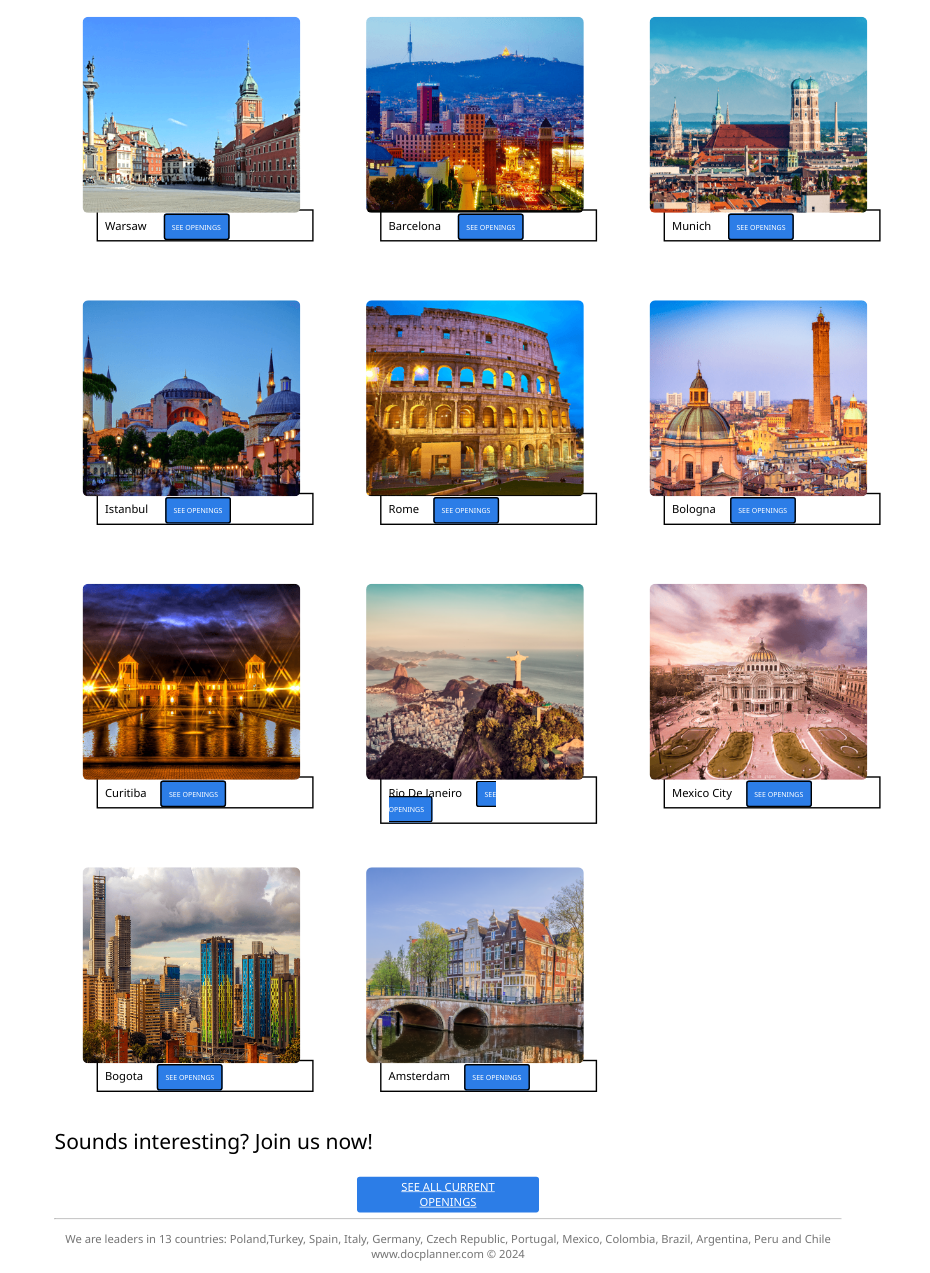
Repository: awa-creator/Checkpoint4
Page: doc.html
The author's editor kept a copy of each file at every save. The page is drawn from the files as they stood at one save, then again after the next save.
The browser window is 1280 px wide. The page is 1328 px wide, so the pictures cover 1328 px, including what lies to the right of the window. The pictures show the part of the page from y = 1790 to 3630 px (the page is 3608 px tall before and 3630 px after), at 70% of full size.

Above is the page before, as saved 2024-09-24 22:48:42.

### doc.html
<!DOCTYPE html>
<html lang="en">
<head>
    <meta charset="UTF-8">
    <meta name="viewport" content="width=device-width, initial-scale=1.0">
    <title>Document</title>
    <link rel="stylesheet" href="style1.css">

</head>

<body>
        <header class="Doc_header" >
           <img class="doc_logo" src="image/imagdocplanner/logo-default-group-en.svg" alt="logo" width="238px" height="33px">
            <ul class="nav_menu">
            <li><h4 class="H">A About us</h4></li>
        <li><h4 class="H"> Career</h4></li>
        <li><h4 class="H">Departments</h4></li>
    </ul>
</header>
    <section class="Introduction">
        <div >
            <center><img class="idps" src="image/imagdocplanner/sygnet.png" alt=""></center>
        </div>
               <h1 class="tittle_intro" >Making the healthcare experience more human</h1>
        <div class="intro_text">
        <div class="div1"><p>We want patients to find the perfect doctor and book an appointment in the most easy way. The patient journey should be enjoyable, and that's why we are always next to them: to help them find the best possible care. Anytime, anywhere.</p>
        </div>
            <div class="div2"><p> We also help doctors to better manage their practice and build their  online reputation. With our integrated end-to-end solution, doctors  are able not only to improve their online presence, but also to  devote their time to what really matters: their patients.</p>
            </div>
            </div>
        </section>
        <section class="box">
            <div class="boxp">
                <img src="image/imagdocplanner/icon-patients.svg" alt="">
                <h2 class="text">For patients</h2> <p class="boxtext">Find a doctor, book a <br> visit and solve any <br> health-related doubt</p>
             <div class="">
   <select  class="choose_c" name="selectp" id="">
    <option value="">Choose a country</option>
    <option value="">Tunisia</option>
    <option value="">Morocco</option>
    <option value="">Senegal</option>
    <option value="">England</option>
    <option value="">Sweden</option>
    <option value="">France</option>
    <option value="">Saudi Arabia</option>
    <option value="">Japan</option>
   </select>
             </div>
            </div>
            <div class="boxd">
                <img src="image/imagdocplanner/icon-doctors.svg" alt=""> <h2 class="text">For doctors</h2> <p class="boxtext">Save time managing <br>visits and cut no- <br>shows by half</p>
            <div class="selectd">
                <select class="choose_c" name="" id="">
                    <option class="choose_c" value="">Choose a country</option>
                    <option value="">Argentina</option>
                    <option value="">Brazil</option>
                    <option value="">Chili</option>
                    <option value="">Colombia</option>
                    <option value="">Czech</option>
                    <option value="">Germany</option>
                    <option value="">Italy</option>
                    <option value="">Mexico</option>
                    <option value="">Peru</option>
                    <option value="">Poland</option>
                    <option value="">Spain</option>
                    <option value="">Turkey</option>
                   </select>
            </div>
            </div>
            <div class="boxc">
                <img src="image/imagdocplanner/icon-clinics.svg" alt=""> <h2 class="text">For clinics</h2> <p class="boxtext">Deliver an exceptional <br> patient experience in <br> your clinic</p>
            <select class="choose_c"name="" id="">
                <option value="">2 to 20 specialists</option>
                    <option value="">Brazil</option>
                    <option value="">Czech</option>
                    <option value="">Germany</option>
                    <option value="">Italy</option>
                    <option value="">Mexico</option>
                    <option value="">Poland</option>
                    <option value="">Spain</option>
                    <option value="">Turkey</option>
            </select> <br><br>
            <select  class="choose_c"name="" id="">
                <option  value="" >More than 20 specialists</option>
                <option value="">Brazil</option>
                <option value="">Italy</option>
                <option value="">Mexico</option>
                <option value="">Poland</option>
                <option value="">Spain</option>
            </select>
            </div>
        </section>
        <section  on class="brand_section">
            <p class="brand_intro"> We are a global <br> company <br> with local culture </p>
            <ul class="brand_logo">
            <a href=""><img class="im" src="image/imagdocplanner/sygnet.png" alt="">Znanylekarz</a>
            <a href=""><img class="im" src="image/imagdocplanner/sygnet.png" alt="">Doctoralia</a>
            <a href=""><img class="im" src="image/imagdocplanner/sygnet.png" alt="">Miodottore</a>
            <a href=""><img class="im" src="image/imagdocplanner/sygnet.png" alt="">Doktortakvimi</a>
            <a href=""><img class="im" src="image/imagdocplanner/sygnet.png" alt="">Znamylekar</a>
            <a class="bl" href="https://www.jameda.de/"><img class="jameda" src="image/imagdocplanner/logo-jameda.svg" alt=""></a>
            <a href="https://tuotempo.com/powered-by-tuotempo"><img class="tuotempo" src="image/imagdocplanner/logo-tuotempo.svg" alt="" width="140px" height="30px"></a>
            <a href="https://gipo.it/?redirect_origin=www.gipo.it"><img class="gipo" src="image/imagdocplanner/logo-gipo-primary.svg" alt=""></a>
            <a href="href=https://clinic-cloud.com/"><img class="clinic" src="image/imagdocplanner/logo-clinicloud.svg" alt="" > </a>
            <a  href="href=https://feegowclinic.com.br/"><img class="feegowclinic"  src="image/imagdocplanner/logo-feegow.svg" alt=""></a>
            <a  href="href=https://mydr.pl/welcome/"><img class="mydr" src="image/imagdocplanner/my-dr-edm-logo.svg" alt="" ></a>
        </ul>
    </section>
        <section class="platform">
            <div class="plat">
            <h1 class="iplat"> The world's biggest <br>healthcare platform</h1>
<p class="p_plat">We work from 9 offices all over the world, bringing Docplanner Group <br>to life in 13 countries. <br></p></div>
  <img class="logsynget" src="image/imagdocplanner/logo.png" alt="" >
<center><div class="grid">
                        <div class="column1a">
                   <img class="ilog" src="image/imagdocplanner/flag.png" alt="">  <h4 class="tittlegrid">Leader in 13 <br>countries </h4> <p class="textgrid">Poland, Brazil, Mexico, Spain, Italy, Germany, Turkey, Colombia, Czech Republic, Portugal, Argentina, Peru and Chile</p>
                        </div>
                        <div class="column1b">
                            <img class="ilog"  src="image/imagdocplanner/patients.png" alt=""><h4 class="tittlegrid">90,000,000 <br>patients</h4><p class="textgrid">visit our websites each month</p>
                                </div>
                        <div class="column2a">
                            <img class="ilog"  src="image/imagdocplanner/visits.png" alt=""> <h4 class="tittlegrid">22,000,000 <br>appointments</h4><p class="textgrid">booked last month</p>
                                </div>

                <div class="column2b">
                    <img class="ilog"  src="image/imagdocplanner/doctors.png" alt=""><h4 class="tittlegrid">260,000 <br>active doctors</h4> <p class="textgrid">trust our solutions</p>
                        </div>   </center>
                    </div>
                </section>
        <section class="contries">
            <center><h1 class="h1_contrie">Improve the lives of millions. <br>Change yours forever.</h1></center>
            <center><p class="p_contrie"> More than 2800 team mates share our same vision,<br> goals and passion.With offices in Warsaw, Barcelona, Munich, Istanbul, Rome, Rio, Bologna,<br> Mexico City and Curitiba, our search for great talent never stops. </p></center>
        </section>
       <section>
            <ul class="picture" >
     <li class="country1">
        <img class="coun" src="image/imagdocplanner/warsaw.png" alt=""><div class="count">Warsaw <a href="#">SEE OPENINGS</a></div></li>
<li class="country2">
<img class="coun"  src="image/imagdocplanner/barcelona.png" alt=""><div class="count">Barcelona <a href="#" target="_blank" rel="noopener noreferrer">SEE OPENINGS</a></div>
</li>
<li class="country3">
<img class="coun" src="image/imagdocplanner/munich.png" alt=""><div class="count">Munich <a href="#" target="_blank" rel="noopener noreferrer">SEE OPENINGS</a></div>
</li>
<li class="country3">
<img class="coun" src="image/imagdocplanner/istanbul.png" alt=""> <div class="count">Istanbul <a href="#" target="_blank" rel="noopener noreferrer">SEE OPENINGS</a></div>
</li>
<li class="country4">
<img class="coun" src="image/imagdocplanner/rome.png" alt=""><div class="count">Rome<a href="#" target="_blank" rel="noopener noreferrer">SEE OPENINGS</a></div>
</li>
<li class="country5">
<img class="coun" src="image/imagdocplanner/bologna.png" alt=""><div class="count">Bologna<a href="#" target="_blank" rel="noopener noreferrer">SEE OPENINGS</a></div>
</li>
<li class="country6">
    <img class="coun" src="image/imagdocplanner/curitiba.png" alt=""><div class="count">Curitiba<a href="#" target="_blank" rel="noopener noreferrer">SEE OPENINGS</a></div>
    </li>
    <li class="country7">
        <img class="coun" src="image/imagdocplanner/rio-janeiro.png" alt=""><div class="count">Rio De Janeiro<a href="#" target="_blank" rel="noopener noreferrer">SEE OPENINGS</a></div>
        </li>
        <li class="country8">
            <img class="coun" src="image/imagdocplanner/mexico-city.png" alt=""><div class="count">Mexico City<a href="#" target="_blank" rel="noopener noreferrer">SEE OPENINGS</a></div>
            </li>
            <li class="country9">
                <img class="coun" src="image/imagdocplanner/bogota.png" alt="" ><div class="count">Bogota<a href="#" target="_blank" rel="noopener noreferrer">SEE OPENINGS</a></div>
                </li>
                <li class="country10">
                    <img class="coun" src="image/imagdocplanner/amsterdam.png" alt=""><div class="count">Amsterdam<a href="#" target="_blank" rel="noopener noreferrer">SEE OPENINGS</a></div>
                    </li>
                </ul>
            </section>
<section>
    <p class="conclu"> Sounds interesting? Join us now!</p>
   <center><div class="finish">SEE ALL CURRENT OPENINGS</div></center>
</section>



</body>
<footer> <hr>
    <p class="end">We are leaders in 13 countries: Poland,Turkey, Spain, Italy, Germany, Czech Republic, Portugal, Mexico, Colombia, Brazil, Argentina, Peru and Chile
    <br>www.docplanner.com © 2024 </p>

</footer>
</html>

### style1.css
body{
    font-family: 'Segoe UI', Tahoma, Geneva, Verdana, sans-serif;
    padding-left: 70px;
    padding-right: 70px;

    }
.Doc_header{
    display: inline;
    padding: 10px;
    margin: 10px;
    display: flex;
    justify-content: space-between;
    align-content: space-between;
    position: sticky;
}
.doc_logo{
    display: flex;
    justify-content: center;
}
.nav_menu{
    display: flex;
    justify-content: space-between;
    margin:0px;
    padding: 0px;
    list-style-type: none;
    color: #747474;
}
.div1,.div2{
    float: left;
    padding: 10px;
}
.H{
    margin: 10px;
}
.idps{
    display: flex;
    align-self: center;
}

.log{
    text-align: center;
}

.tittle_intro{
text-align: center;
color:#00b39b;
font-size:2em;
font-family:Arial, Helvetica, sans-serif;
font-weight: normal;
}
.intro_text{
    display: flex;
    justify-content: space-around;
    color:#747474;
    font-family: system-ui, -apple-system, BlinkMacSystemFont, 'Segoe UI', Roboto, Oxygen, Ubuntu, Cantarell, 'Open Sans', 'Helvetica Neue', sans-serif;
    font-size: 16px;
    margin:20px;
}
.box{
    display: flex;
    margin: 30px;
    width: 80%;
    flex-direction: row;
    margin-left: 10%;

}

.boxp{
    background-color:#00ccb1;
   padding: 10px;
   border-radius: 10px;
   color: white;
   margin: 10px;
   height: 300px;
   flex-basis: 48%;
   width: 20%;
}
.boxd{
    background-color:#3d83df ;
   padding: 10px;
   border-radius: 10px;
   color: white;
   margin: 10px;
   height: 300px;
   flex-basis: 48%;
   width:20%;
}
.boxc {
    background-color:#1b2734;
    padding: 10px;
    border-radius: 10px;
    color: white;
    margin: 10px;
    height: 300px;
    flex-basis: 48%;
    width:20%;
}
.text{
    font-family: Arial, Helvetica, sans-serif;
    font-weight: normal;
    font-size: 28px;
}
.boxtext{
    font-weight: normal;
    font-size: 24px;
}
.selectp{
    background-color: none;
}
.choose_c{
    background-color: transparent;
    color: #FFF;
    border: transparent;
    text-decoration: underline;
    font-size: 15px;
}
.brand_intro{

    color: #00b39b;
    font-size: 24px;
margin-left: 200px;

}
.brand_section{
    display: flex;
    justify-content: space-between;
    padding: 20px;
    margin: -40px;
}
.brand_logo {
    display: grid;
    grid-template-columns: repeat(4,110px);
    grid-template-rows: repeat(3,70px);
    margin-right: 160px;
    font-weight: 600;
    filter:grayscale(100%);
}
a{
    text-decoration: none;
}
.im{
   display: grid;
    height: 25px;
    width:25px;
    filter:grayscale(100%);
   grid-template-columns: repeat(4, 1fr);
    grid-template-rows: repeat(3, 1fr);
    margin-left: -25px;
    margin-bottom: -25px;
}
.jameda{

    filter:grayscale(100%);
    margin-bottom: -5px;

}
.tuotempo{
    width: 100px;
    filter:grayscale(100%);
    margin-top: -5px;
}
.gipo{
    width: 40px;
    filter:grayscale(100%);
    margin-top: -10px;
    margin-left: 20px;
}
.clinic{
    width: 60px;
    filter:grayscale(100%);
    margin-top: -10px;
}
.feegowclinic{
    width: 90px;
    filter:grayscale(100%);
    margin-top: -10px;
}
.mydr{
    width: 100px;
    filter:grayscale(100%);
    margin-top: -10px;
}


.platform{
    background-color: #e5faf8;
    max-height: 600px;
    overflow: hidden;
}
.plat{
    color:#34b99d;

}
.logosy{
    padding-left: 50px;
    padding-top: 50px;
}
.logsynget{
    padding-left: 50px;
    padding-top: 50px;
    overflow: hidden;
}
.iplat{
    font-weight: normal;
    font-size: 34px;
    margin-left: 70px;
    margin-bottom: -40px;

}
.p_plat{
    color: #747474;
    margin-left: 70px;
    padding-bottom: 60px
}
.grid{
    display: grid;
    gap: 20px;
    grid-template-columns: repeat(2, 1fr);
    position: relative;
    border-radius: 10px;
    margin-left: 600px;
    margin-top:-600px;
    width: 40%;
    height: 80%;
    padding: 40px;
}
.tittlegrid{
    font-weight: normal;
    color: #00b39b;
}
.column1a{
    background-color:#FFF;
    border-radius: 5px;
    height: auto;
}
.column1b{
    background-color:#FFF;
    border-radius: 5px;
    height: auto;
    transform: translateY(-30px);
}
.ilog{
    margin-top: 30px;
}
.column2a{
    background-color:#FFF;
    border-radius: 5px;
  height: auto;

}
.column2b{
    background-color:#FFF;
    border-radius: 5px;
  height: auto;
  transform: translateY(-30px);
}

.textgrid{
    color: #747474;
    font-family: system-ui, -apple-system, BlinkMacSystemFont, 'Segoe UI', Roboto, Oxygen, Ubuntu, Cantarell, 'Open Sans', 'Helvetica Neue', sans-serif;
 font-size: 13px;
}
.h1_contrie{
    color: #00b39b;
    font-weight: normal;
    padding: 5px;
 font-size: 30px;
}
.p_contrie{
    color: #747474;
    margin: 22px;
    font-size: 14px;
    padding: 20px;
}
.contries{
    justify-content: center;
}
.picture{
    display: grid;
    grid-template-columns: repeat(3, 400px);
    grid-template-rows: repeat(3, 400px);
    list-style-type: none;
    grid-gap: 5px;
    margin: auto;
}
.coun{
    border-radius: 8px;
    width: 311px;
    height:280px;
}
.count{
    border-color: #747474;
}
.count a{
    width: 70px;
    height: 15px;
    left: 200px;
    top: -50px;
    background-color: #2c7de7;
    color: white;
    font-size: .625rem;
    padding: 1em 1.5em;
    border-radius: 4px;
    bottom: 10px;

}
.count,.count a{
    margin: 20px;
    padding: 10px;
    border: 2px solid black;
    margin-right: 70px;
    margin-top: -10px;
}
.conclu{
font-size: 30px ;
}
.finish{
   text-decoration: underline;
    width: 210px;
    height: 1px;
    background-color: #2c7de7;
    color: white;
    padding: 25px;
    border-radius: 4px;
    display: flex;
    align-items: center;
}
.end{
    color: #747474;
    text-align: center;
}

After the next save:
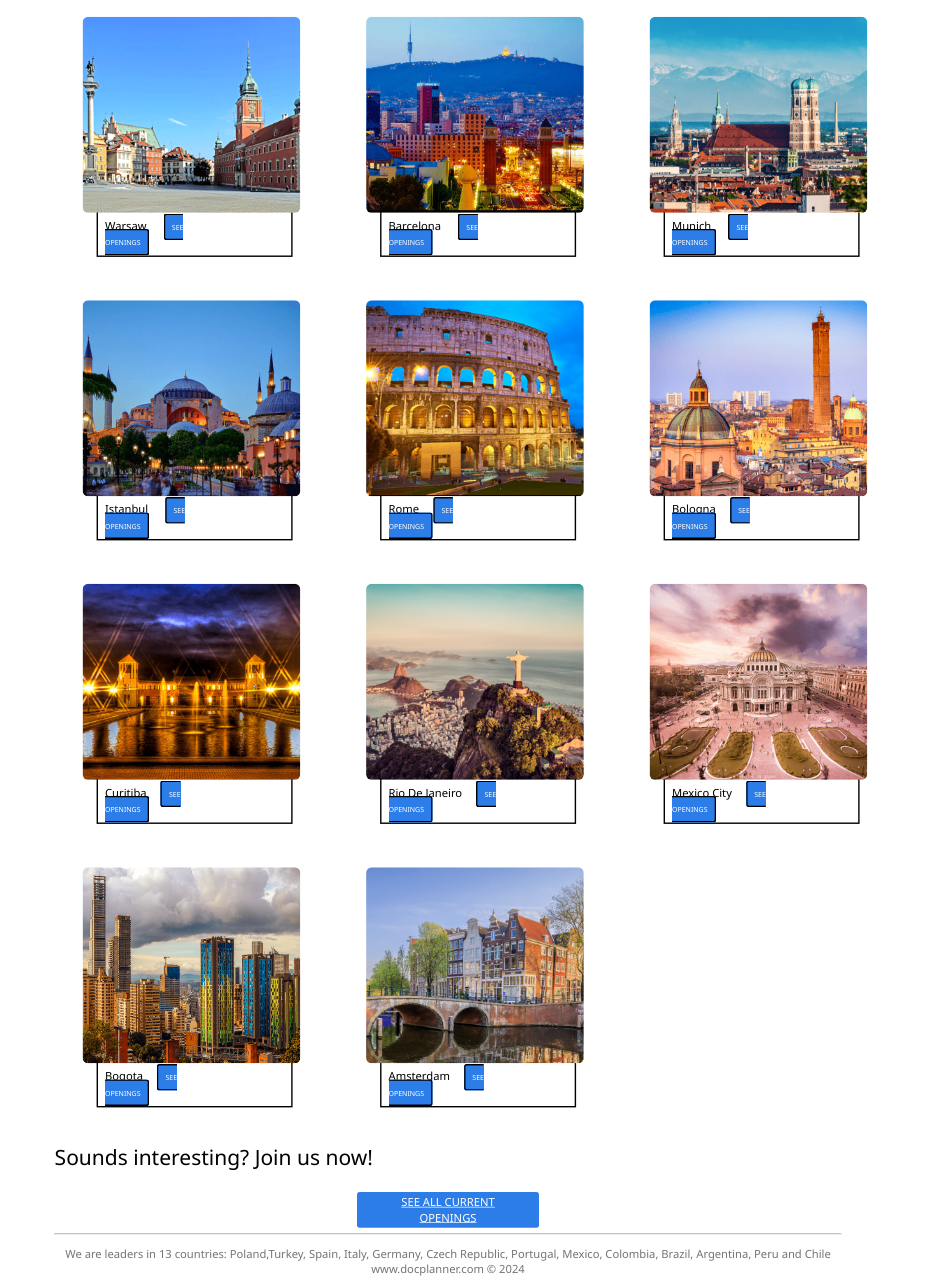
Saved 20 s later.
--- a/style1.css
+++ b/style1.css
@@ -308,7 +308,7 @@
     margin: 20px;
     padding: 10px;
     border: 2px solid black;
-    margin-right: 70px;
+    margin-right: 100px;
     margin-top: -10px;
 }
 .conclu{

After the save that followed:
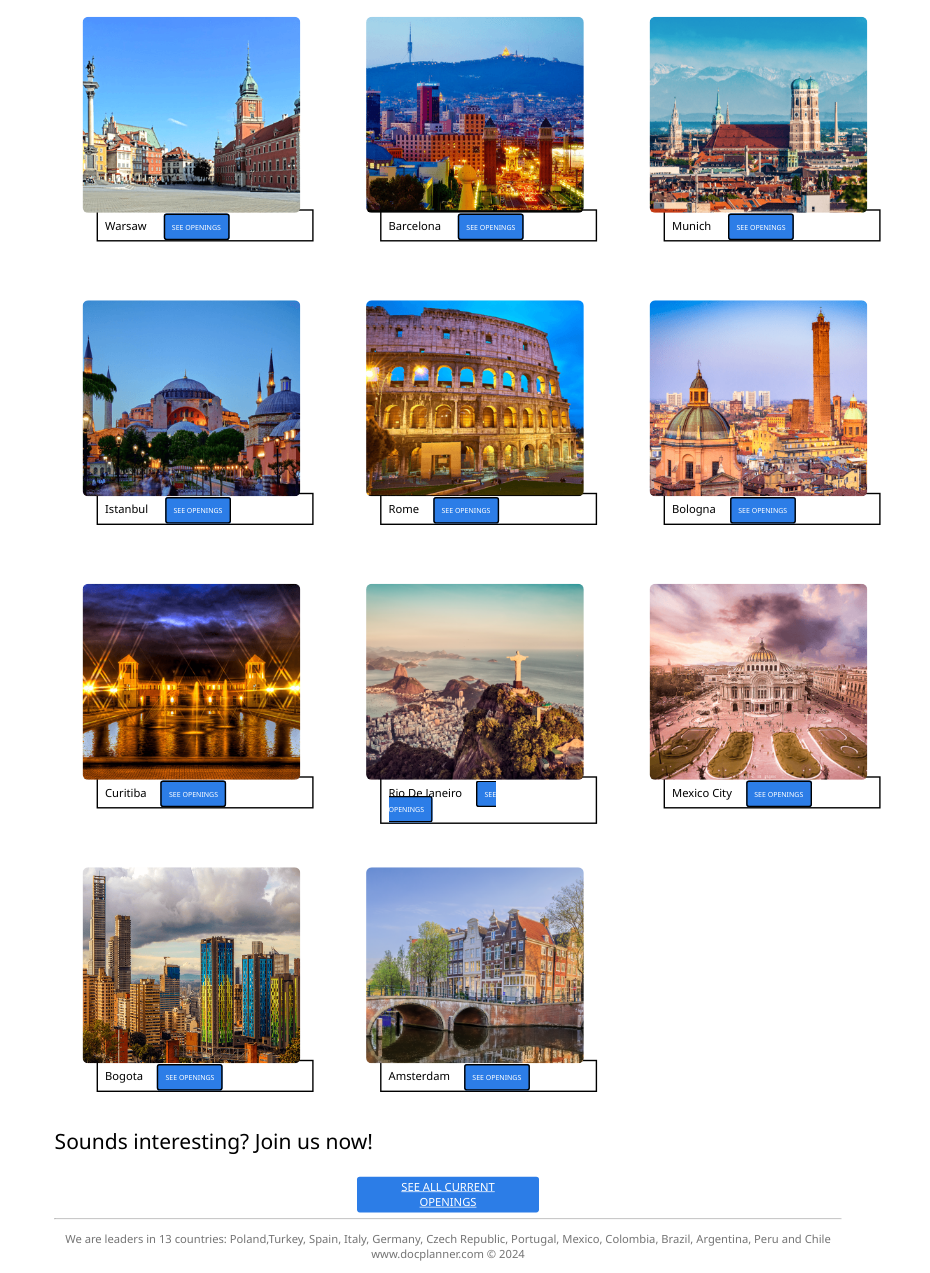
Saved 20 s later.
--- a/style1.css
+++ b/style1.css
@@ -308,7 +308,7 @@
     margin: 20px;
     padding: 10px;
     border: 2px solid black;
-    margin-right: 100px;
+    margin-right: 70px;
     margin-top: -10px;
 }
 .conclu{
